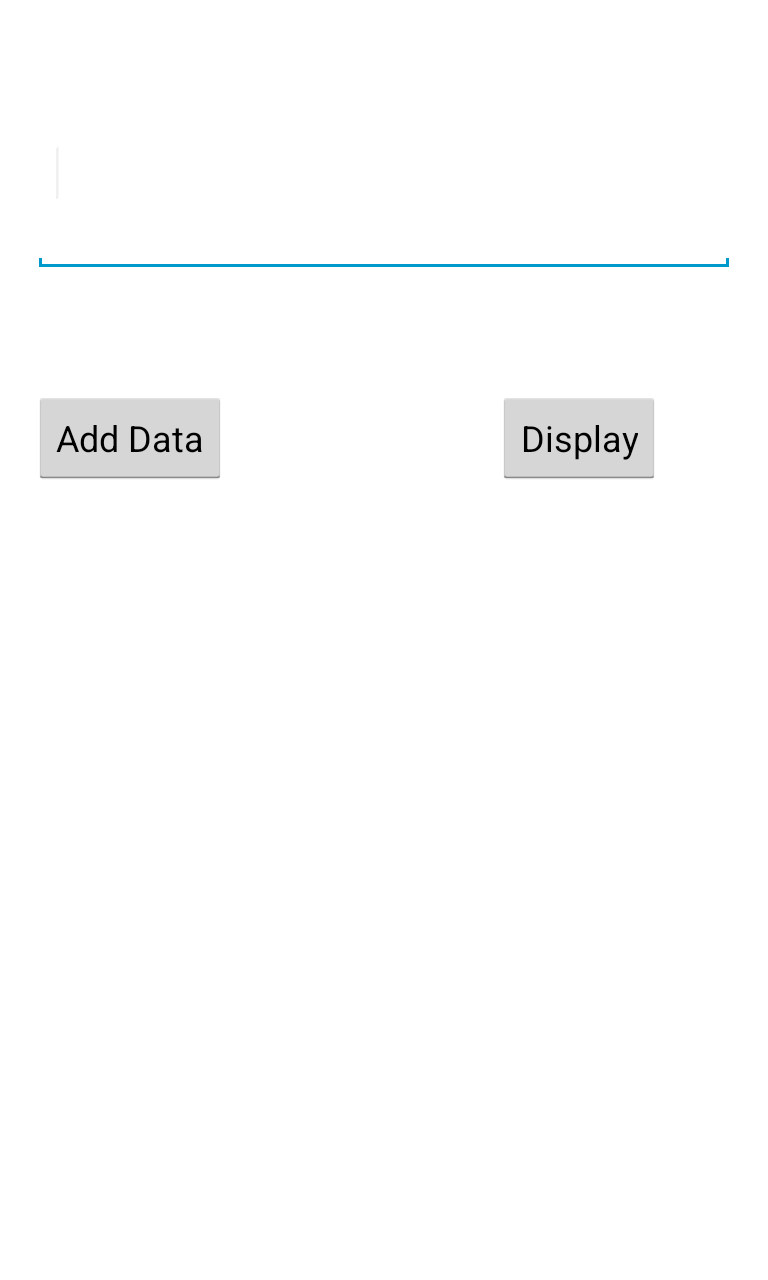
Repository: MadhuHS/JECM3
Layout: SqliteDemo/res/layout/activity_main.xml
An editor plug-in stored every save of this project. The layout is shown before and after the next save, followed by the edit.
It is drawn on a 768 x 1280 px phone screen (xhdpi) without system bars, with theme AppTheme; the app's code is not run.

Above is the layout before, as saved 2015-12-20 05:03:44.

### SqliteDemo/res/layout/activity_main.xml
<RelativeLayout xmlns:android="http://schemas.android.com/apk/res/android"
    xmlns:tools="http://schemas.android.com/tools"
    android:layout_width="match_parent"
    android:layout_height="match_parent"
    android:paddingBottom="@dimen/activity_vertical_margin"
    android:paddingLeft="@dimen/activity_horizontal_margin"
    android:paddingRight="@dimen/activity_horizontal_margin"
    android:paddingTop="@dimen/activity_vertical_margin"
    tools:context=".MainActivity" >

    <Button
        android:id="@+id/buttonadd"
        android:layout_width="wrap_content"
        android:layout_height="wrap_content"
        android:layout_alignLeft="@+id/editText1"
        android:layout_below="@+id/editText1"
        android:layout_marginTop="58dp"
        android:onClick="addData"
        android:text="Add Data" />

    <Button
        android:id="@+id/buttondisplay"
        android:layout_width="wrap_content"
        android:layout_height="wrap_content"
        android:layout_alignBaseline="@+id/buttonadd"
        android:layout_alignBottom="@+id/buttonadd"
        android:layout_alignParentRight="true"
        android:layout_marginRight="37dp"
        android:onClick="displayData"
        android:text="Display" />

    <EditText
        android:id="@+id/editText1"
        android:layout_width="wrap_content"
        android:layout_height="100dp"
        android:layout_alignParentLeft="true"
        android:layout_alignParentRight="true"
        android:layout_alignParentTop="true"
        android:layout_marginTop="21dp"
        android:ems="10" >

        <requestFocus />
    </EditText>

</RelativeLayout>

Loaded but not shown: SqliteDemo/res/values/styles.xml (common file); SqliteDemo/res/values-v11/styles.xml (common file); SqliteDemo/res/values-v14/styles.xml (common file); SqliteDemo/res/values/dimens.xml (common file)

After the next save:
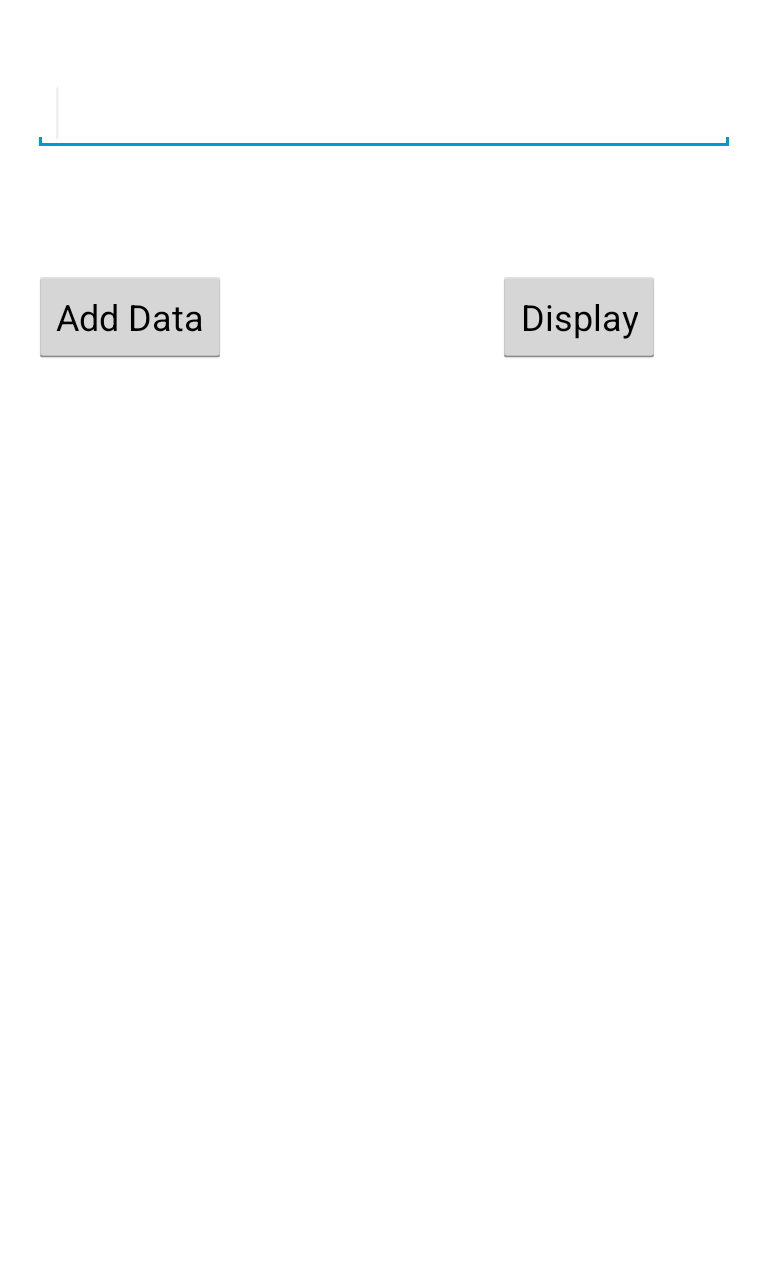
Saved 23 h 28 min later.
--- a/SqliteDemo/res/layout/activity_main.xml
+++ b/SqliteDemo/res/layout/activity_main.xml
@@ -32,7 +32,7 @@
     <EditText
         android:id="@+id/editText1"
         android:layout_width="wrap_content"
-        android:layout_height="100dp"
+        android:layout_height="wrap_content"
         android:layout_alignParentLeft="true"
         android:layout_alignParentRight="true"
         android:layout_alignParentTop="true"
